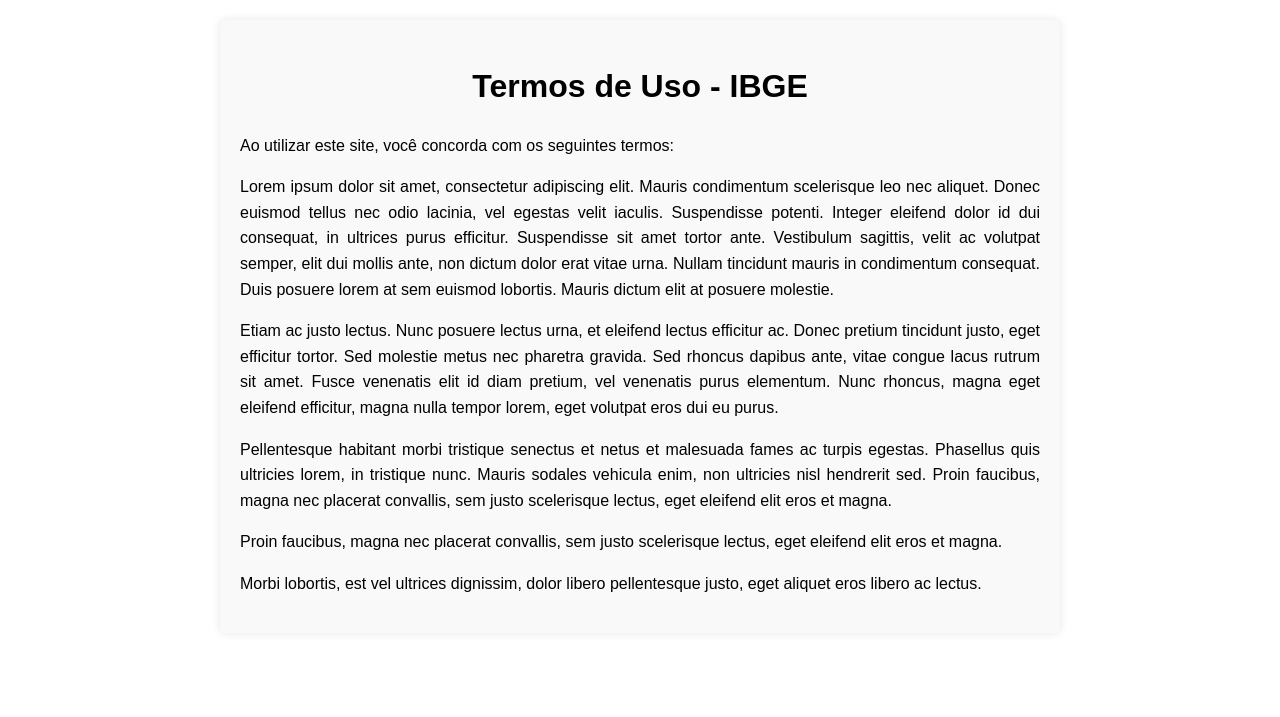
Repository: Gabrielb0rn/Projeto-Formul-rio.io
Page: TDU.html
An editor plug-in stored every save of this project. The page is shown before and after the next save, followed by the edit.
The browser window is 1280 px wide. The pictures show the whole page.

Above is the page before, as saved 2024-07-07 10:22:16.

### TDU.html
<!DOCTYPE html>
<html lang="pt-BR">
<head>
    <meta charset="UTF-8">
    <meta name="viewport" content="width=device-width, initial-scale=1.0">
    <title>Termos de Uso - IBGE</title>
    <style>
        body {
            font-family: Arial, sans-serif;
            line-height: 1.6;
            margin: 20px;
        }
        .container {
            max-width: 800px;
            margin: 0 auto;
            padding: 20px;
            background-color: #f9f9f9;
            border-radius: 5px;
            box-shadow: 0 0 10px rgba(0,0,0,0.1);
        }
        h1 {
            text-align: center;
            margin-bottom: 20px;
        }
        p {
            text-align: justify;
        }
    </style>
</head>
<body>
    <div class="container">
        <h1>Termos de Uso - IBGE</h1>

        <p>Ao utilizar este site, você concorda com os seguintes termos:</p>

        <p>Lorem ipsum dolor sit amet, consectetur adipiscing elit. Mauris condimentum scelerisque leo nec aliquet. Donec euismod tellus nec odio lacinia, vel egestas velit iaculis. Suspendisse potenti. Integer eleifend dolor id dui consequat, in ultrices purus efficitur. Suspendisse sit amet tortor ante. Vestibulum sagittis, velit ac volutpat semper, elit dui mollis ante, non dictum dolor erat vitae urna. Nullam tincidunt mauris in condimentum consequat. Duis posuere lorem at sem euismod lobortis. Mauris dictum elit at posuere molestie.</p>

        <p>Etiam ac justo lectus. Nunc posuere lectus urna, et eleifend lectus efficitur ac. Donec pretium tincidunt justo, eget efficitur tortor. Sed molestie metus nec pharetra gravida. Sed rhoncus dapibus ante, vitae congue lacus rutrum sit amet. Fusce venenatis elit id diam pretium, vel venenatis purus elementum. Nunc rhoncus, magna eget eleifend efficitur, magna nulla tempor lorem, eget volutpat eros dui eu purus.</p>

        <p>Pellentesque habitant morbi tristique senectus et netus et malesuada fames ac turpis egestas. Phasellus quis ultricies lorem, in tristique nunc. Mauris sodales vehicula enim, non ultricies nisl hendrerit sed. Proin faucibus, magna nec placerat convallis, sem justo scelerisque lectus, eget eleifend elit eros et magna.</p>

        <p>Proin faucibus, magna nec placerat convallis, sem justo scelerisque lectus, eget eleifend elit eros et magna.</p>

        <p>Morbi lobortis, est vel ultrices dignissim, dolor libero pellentesque justo, eget aliquet eros libero ac lectus.</p>
    </div>
</body>
</html>

After the next save:
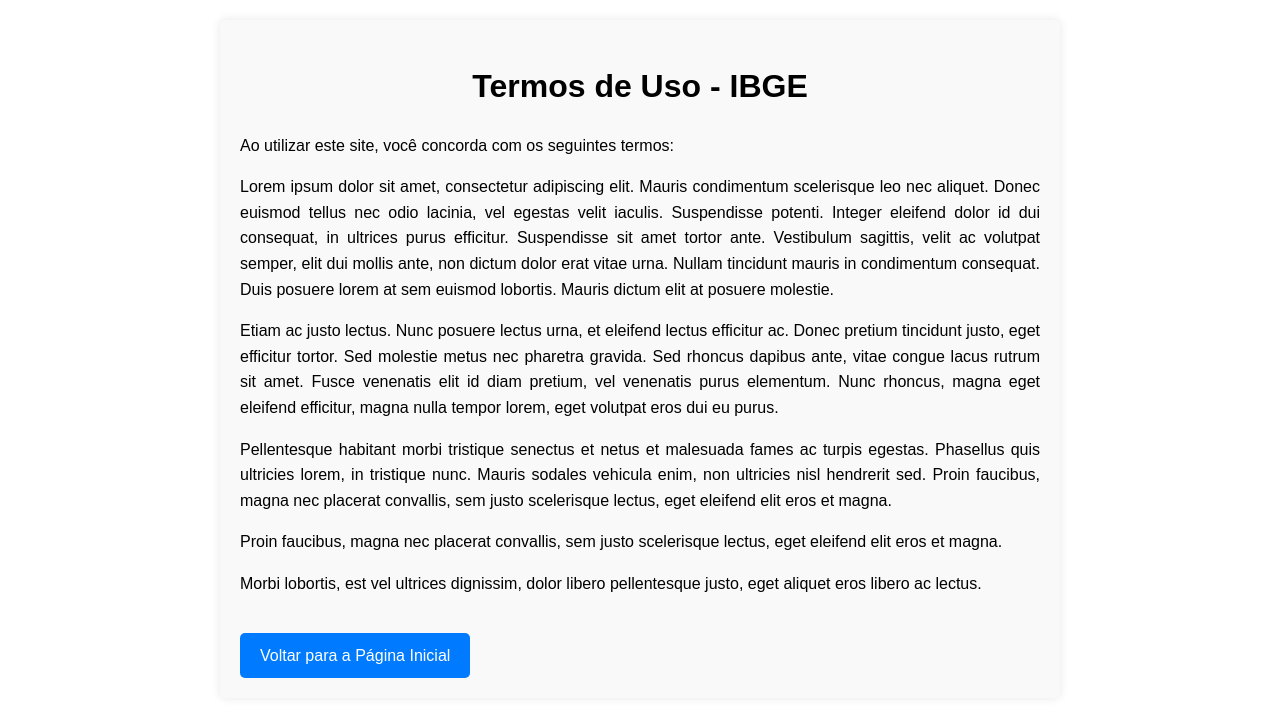
Saved 37 s later.
--- a/TDU.html
+++ b/TDU.html
@@ -25,6 +25,19 @@
         p {
             text-align: justify;
         }
+        .btn-back {
+            display: inline-block;
+            padding: 10px 20px;
+            background-color: #007bff;
+            color: #fff;
+            text-decoration: none;
+            border-radius: 5px;
+            cursor: pointer;
+            margin-top: 20px;
+        }
+        .btn-back:hover {
+            background-color: #0056b3;
+        }
     </style>
 </head>
 <body>
@@ -42,6 +55,9 @@
         <p>Proin faucibus, magna nec placerat convallis, sem justo scelerisque lectus, eget eleifend elit eros et magna.</p>
 
         <p>Morbi lobortis, est vel ultrices dignissim, dolor libero pellentesque justo, eget aliquet eros libero ac lectus.</p>
+
+        <!-- Botão para voltar para a página inicial -->
+        <a href="index.html" class="btn-back">Voltar para a Página Inicial</a>
     </div>
 </body>
 </html>
